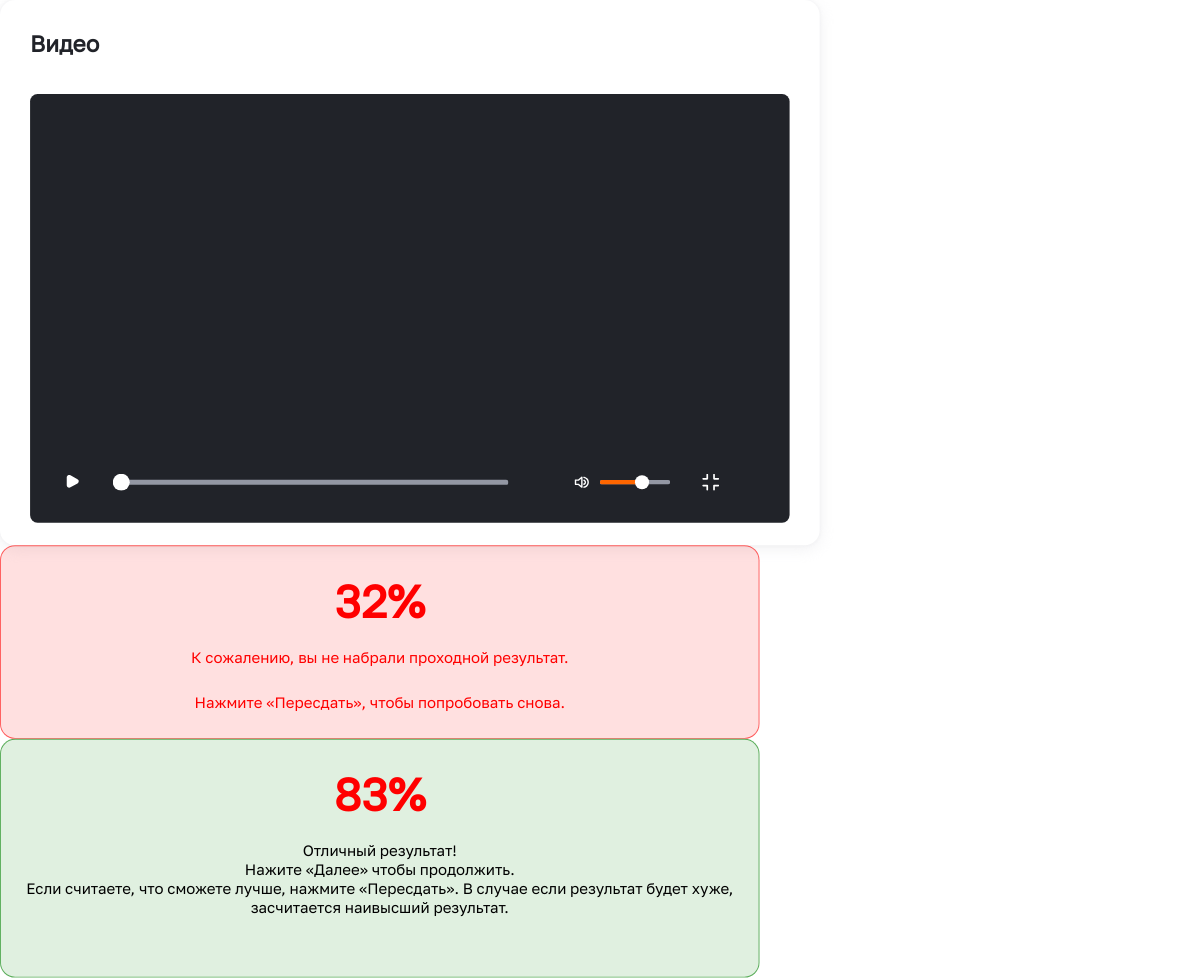
Repository: RuslanSR2424/Group5_LizaAlert
Page: index.html
The author's editor kept a copy of each file at every save. The page is drawn from the files as they stood at one save, then again after the next save.
The browser window is 1280 px wide. The pictures show the whole page, at 94% of full size.

Above is the page before, as saved 2022-03-09 18:09:37.

### index.html
<!DOCTYPE html>
<html lang="en">

<head>
    <meta charset="UTF-8">
    <meta http-equiv="X-UA-Compatible" content="IE=edge">
    <meta name="viewport" content="width=device-width, initial-scale=1.0">
    <link rel="stylesheet" href="./pages/index.css" />
    <title>Document</title>
</head>

<body class="root">
    <section class="video">
        <h2 class="video__title">
            Видео
        </h2>
        <div class="video__player">
            <img class="video__button video__button_type_play" src="./images/video/start.svg">
            <img class="video__button video__button_type_timeline" src="./images/video/timeline.svg">
            <img class="video__button video__button_type_sound-icon" src="./images/video/sound-icon.svg">
            <img class="video__button video__button_type_sound" src="./images/video/sound.svg">
            <img class="video__button video__button_type_size" src="./images/video/size.svg">
        </div>
    </section>
    <section class="results">
        <div class="results__bad">
            <h2 class="results__score results__score_type_bad">32%</h2>
            <p class="result__text result__text_type_bad">К сожалению, вы не набрали проходной результат.</p>
            <p class="result__text result__text_type_bad">Нажмите «Пересдать», чтобы попробовать снова.</p>
        </div>
        <div class="results__good">
            <h2 class="results__score results__score_type_good">83%</h2>
            <div class="result__text">
                <p class="result__text result__text_type_good">Отличный результат!</p>
                <p class="result__text result__text_type_good">Нажите «Далее» чтобы продолжить.</p>
                <p class="result__text result__text_type_good">
                    Если считаете, что сможете лучше, нажмите «Пересдать». В случае
                    если результат будет хуже, засчитается наивысший результат.</p>
            </div>
        </div>
    </section>
</body>

</html>

### pages/index.css
@import url(../fonts/fonts.css);
@import url(../blocks/root/root.css);

/* video */

@import url(../blocks/video/video.css);
@import url(../blocks/video/__button/video__button.css);
@import url(../blocks/video/__button/_type/video__button_type_play.css);
@import url(../blocks/video/__button/_type/video__button_type_sound.css);
@import url(../blocks/video/__button/_type/video__button_type_timeline.css);
@import url(../blocks/video/__button/_type/video__button_type_size.css);
@import url(../blocks/video/__button/_type/video__button_type_sound-icon.css);
@import url(../blocks/video/__player/video__player.css);
@import url(../blocks/video/__title/video__title.css);

/* results */

@import url(../blocks/results/results.css);
@import url(../blocks/results/__bad/results__bad.css);
@import url(../blocks/results/__good/results__good.css);
@import url(../blocks/results/__score/results__score.css);
@import url(../blocks/results/__score/_type/results__score_type_bad.css);
@import url(../blocks/results/__score/_type/results__score_type_good.css);
@import url(../blocks/results/__text/results__text.css);
@import url(../blocks/results/__text/_type/result__text_type_bad.css);
@import url(../blocks/results/__text/_type/result__text_type_good.css);

### fonts/fonts.css
@font-face {
  font-family: "GolosTextWebRegular";
  src: url(./golos/Golos-Text_Regular.woff2) format("woff2"),
    url(./golos/Golos-Text_Regular.woff) format("woff");
  font-weight: normal;
  font-style: normal;
}
@font-face {
  font-family: "GolosTextWebBold";
  src: url(./golos/Golos-Text_Bold.woff2) format("woff2"),
    url(./golos/Golos-Text_Bold.woff) format("woff");
  font-weight: normal;
  font-style: normal;
}

### blocks/root/root.css
.root {
  margin: 0;
  padding: 0;
  font-family: "GolosTextWebRegular";
}

### blocks/video/video.css
.video {
  height: 580px;
  width: 872px;
  display: flex;
  flex-direction: column;
  background: #ffffff;
  box-shadow: 0px 0px 4px rgba(231, 232, 235, 0.6),
    0px 4px 16px rgba(231, 232, 235, 0.6);
  border-radius: 16px;
}

### blocks/video/__button/video__button.css
.video__button{
    height: 18px;
}

### blocks/video/__button/_type/video__button_type_play.css
.video__button_type_play {
    margin: 0 0 35px 36px;
}

### blocks/video/__button/_type/video__button_type_sound.css
.video__button_type_sound{
    margin: 0 0 34px 10px;
}

### blocks/video/__button/_type/video__button_type_timeline.css
.video__button_type_timeline{
    margin: 0 35px 34px 34px;
}

### blocks/video/__button/_type/video__button_type_size.css
.video__button_type_size{
    margin: 0 34px 34px 34px;
}

### blocks/video/__button/_type/video__button_type_sound-icon.css
.video__button_type_sound-icon{
    margin: 0 0 34px 34px;
}

### blocks/video/__player/video__player.css
.video__player {
  height: 456px;
  width: 808px;
  background-color: #212329;
  display: flex;
  flex-direction: row;
  align-items: flex-end;
  border-radius: 8px;
  margin: auto;
}

### blocks/video/__title/video__title.css
.video__title {
  font-family: "GolosTextWebRegular";
  font-style: normal;
  font-weight: 700;
  font-size: 24px;
  line-height: 28px;
  color: #212329;
  margin: 32px 32px 16px 32px;
}

### blocks/results/results.css
.results{}

### blocks/results/__bad/results__bad.css
.results__bad {
  display: flex;
  flex-direction: column;
  align-items: center;

  width: 808px;
  height: 206px;

  background: rgba(255, 0, 0, 0.12);
  border: 1.2px solid rgba(255, 0, 0, 0.6);
  box-sizing: border-box;
  border-radius: 16px;
}

### blocks/results/__good/results__good.css
.results__good {
  width: 808px;
  height: 254px;
  left: 32px;
  top: 501px;
  background: rgba(0, 128, 0, 0.12);
  border: 1.2px solid rgba(0, 128, 0, 0.6);
  box-sizing: border-box;
  border-radius: 16px;
}

### blocks/results/__score/results__score.css
.results__score {
  font-family: "GolosTextWebRegular";
  font-style: normal;
  font-weight: bold;
  font-size: 48px;
  line-height: 52px;
  text-align: center;
  margin: 32px 64px 24px 64px;

  color: #FF0000;
}

### blocks/results/__score/_type/results__score_type_bad.css
.results__score_type_bad{}

### blocks/results/__score/_type/results__score_type_good.css
.results__score_type_good{}

### blocks/results/__text/results__text.css
.results__text {
  font-family: "GolosTextWebRegular";
  font-style: normal;
  font-weight: normal;
  font-size: 18px;
  line-height: 24px;
  text-align: center;
}

### blocks/results/__text/_type/result__text_type_bad.css
.result__text_type_bad {
  color: #ff0000;
  width: 680px;
  text-align: center;
  margin: 0 0 28px 0;
}

### blocks/results/__text/_type/result__text_type_good.css
.result__text_type_good {
  text-align: center;
  margin: 0;
}

After the next save:
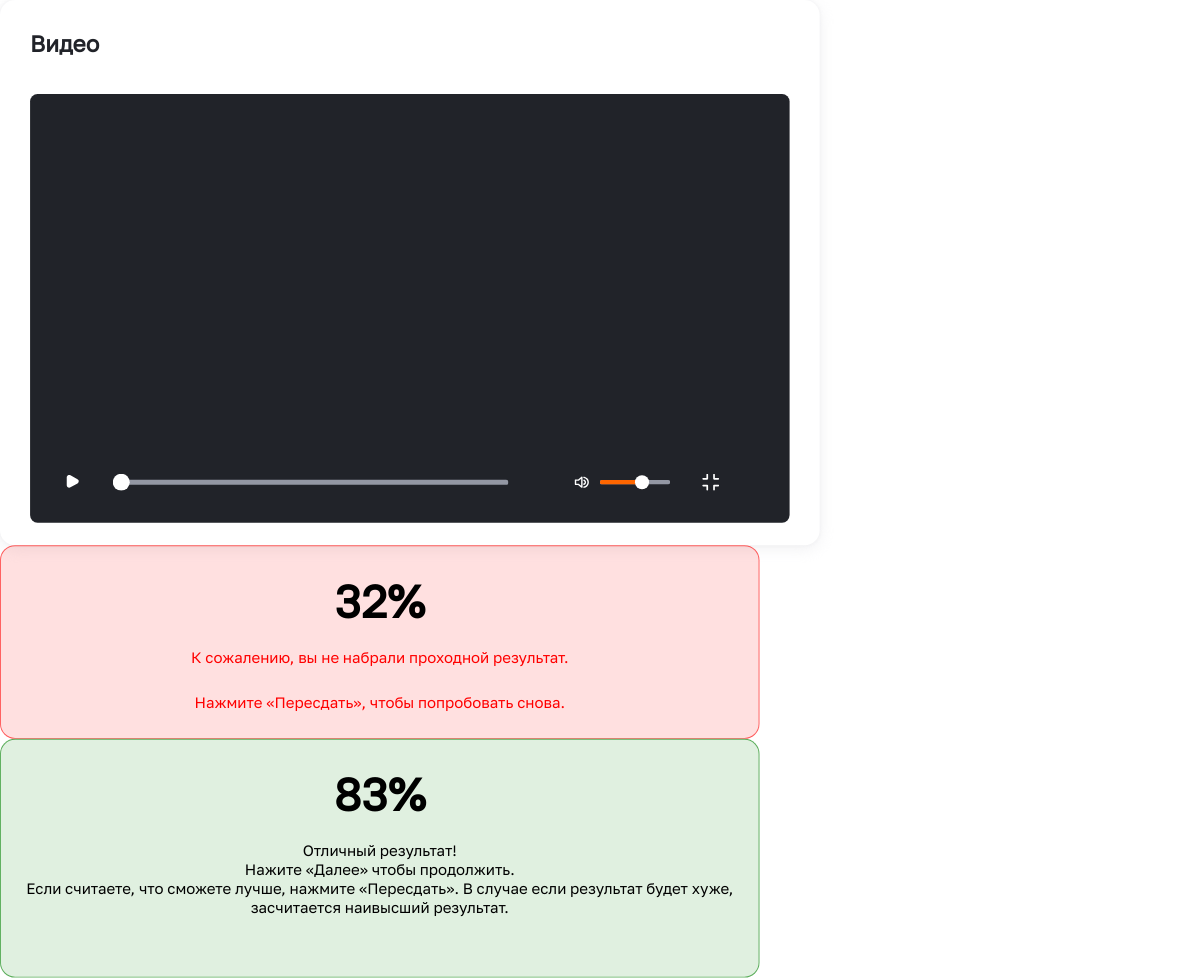
Saved 12 s later.
--- a/blocks/results/__score/results__score.css
+++ b/blocks/results/__score/results__score.css
@@ -6,6 +6,4 @@
   line-height: 52px;
   text-align: center;
   margin: 32px 64px 24px 64px;
-
-  color: #FF0000;
 }
